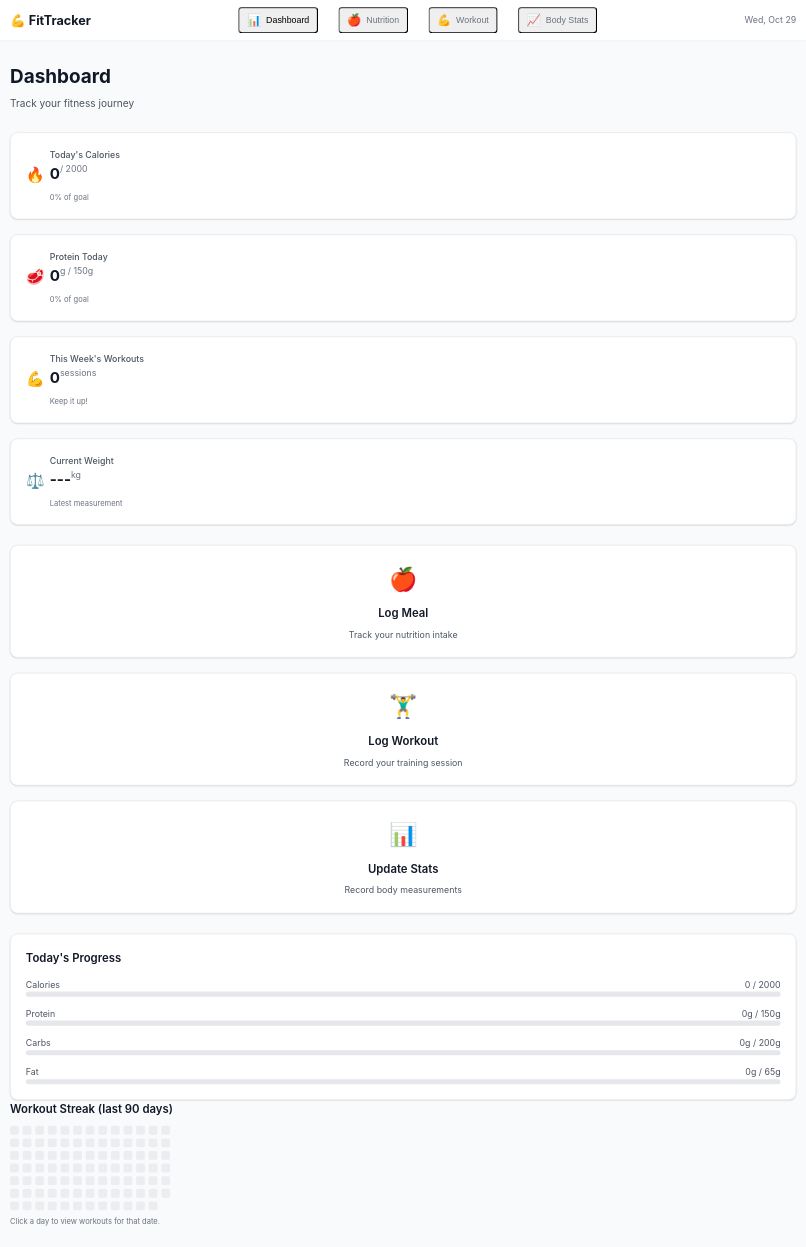
Repository: Apoorv888/Fitness-App
Page: /
These files come from the project's save history. The page is drawn as it stood at one moment and after the next save; the edit follows.
The browser window is 1280 px wide. The pictures show the whole page, at 63% of full size.
The project was rebuilt for these pictures with package versions that can differ from the ones it lists, and the page was loaded fresh each time. Also part of the build but not shown: vite.config.ts, src/components/MealForm.tsx, src/components/MealList.tsx, src/components/GoalsForm.tsx, src/components/NutritionCharts.tsx, src/pages/Nutrition.tsx, src/components/WorkoutForm.tsx, src/components/WorkoutList.tsx and 8 more.

Above is the page before, as saved 2025-10-31 10:04:40.

### index.html
<!doctype html>
<html lang="en">
  <head>
    <meta charset="UTF-8" />
    <link rel="icon" type="image/svg+xml" href="/vite.svg" />
    <meta name="viewport" content="width=device-width, initial-scale=1.0" />
    <title>fitness-app</title>
  </head>
  <body>
    <div id="root"></div>
    <script type="module" src="/src/main.tsx"></script>
  </body>
</html>

### src/main.tsx
import { StrictMode, useEffect } from 'react'
import { createRoot } from 'react-dom/client'
import './index.css'
import App from './App.tsx'
import { useMealStore } from './store/mealStore'
import { useWorkoutStore } from './store/workoutStore'
import { useBodyStatsStore } from './store/bodyStatsStore'
import { useGoalsStore } from './store/goalsStore'

function Boot() {
  const { loadMeals } = useMealStore();
  const { loadWorkouts } = useWorkoutStore();
  const { loadBodyStats } = useBodyStatsStore();
  const { loadGoals } = useGoalsStore();

  useEffect(() => {
    loadMeals();
    loadWorkouts();
    loadBodyStats();
    loadGoals();
  }, []);

  return <App />;
}

createRoot(document.getElementById('root')!).render(
  <StrictMode>
    <Boot />
  </StrictMode>,
)

### src/App.tsx
import React, { useState } from 'react';
import { Navbar } from './components/Navbar';
import { Dashboard } from './pages/Dashboard';
import { Nutrition } from './pages/Nutrition';
import { Workout } from './pages/Workout';
import { BodyStats } from './pages/BodyStats';
import './App.css';

function App() {
  const [activeTab, setActiveTab] = useState('dashboard');

  // Listen for external navigation requests (CustomEvent 'request-nav')
  React.useEffect(() => {
    const handler = (e: any) => {
      const tab = e?.detail?.tab;
      if (tab) setActiveTab(tab);
    };
    window.addEventListener('request-nav', handler as EventListener);
    return () => window.removeEventListener('request-nav', handler as EventListener);
  }, []);

  const renderActiveTab = () => {
    switch (activeTab) {
      case 'dashboard':
        return <Dashboard />;
      case 'nutrition':
        return <Nutrition />;
      case 'workout':
        return <Workout />;
      case 'stats':
        return <BodyStats />;
      default:
        return <Dashboard />;
    }
  };

  return (
    <div className="min-h-screen bg-gray-50">
      <Navbar activeTab={activeTab} onTabChange={setActiveTab} />
      <main>
        {renderActiveTab()}
      </main>
    </div>
  );
}

export default App;

### src/store/mealStore.ts
import { create } from 'zustand';
import { v4 as uuidv4 } from 'uuid';
import type { Meal } from '../types';
import { saveToStorage, loadFromStorage } from '../utils/helpers';
import { STORAGE_KEYS } from '../utils/constants';

interface MealStore {
  meals: Meal[];
  addMeal: (meal: Omit<Meal, 'id' | 'createdAt'>) => void;
  deleteMeal: (id: string) => void;
  updateMeal: (id: string, updates: Partial<Meal>) => void;
  getMealsByDate: (date: string) => Meal[];
  getTodayMacros: () => { calories: number; protein: number; carbs: number; fat: number };
  loadMeals: () => void;
}

export const useMealStore = create<MealStore>((set, get) => ({
  meals: [],

  addMeal: (mealData) => {
    const newMeal: Meal = {
      ...mealData,
      id: uuidv4(),
      createdAt: new Date(),
    };

    const updatedMeals = [...get().meals, newMeal];
    set({ meals: updatedMeals });
    saveToStorage(STORAGE_KEYS.MEALS, updatedMeals);
  },

  deleteMeal: (id) => {
    const updatedMeals = get().meals.filter(meal => meal.id !== id);
    set({ meals: updatedMeals });
    saveToStorage(STORAGE_KEYS.MEALS, updatedMeals);
  },

  updateMeal: (id, updates) => {
    const updatedMeals = get().meals.map(meal =>
      meal.id === id ? { ...meal, ...updates } : meal
    );
    set({ meals: updatedMeals });
    saveToStorage(STORAGE_KEYS.MEALS, updatedMeals);
  },

  getMealsByDate: (date) => {
    return get().meals.filter(meal => meal.date === date);
  },

  getTodayMacros: () => {
    const today = new Date().toISOString().split('T')[0];
    const todayMeals = get().getMealsByDate(today);

    return todayMeals.reduce(
      (totals, meal) => ({
        calories: totals.calories + meal.calories,
        protein: totals.protein + meal.protein,
        carbs: totals.carbs + meal.carbs,
        fat: totals.fat + meal.fat,
      }),
      { calories: 0, protein: 0, carbs: 0, fat: 0 }
    );
  },

  loadMeals: () => {
    const storedMeals = loadFromStorage(STORAGE_KEYS.MEALS);
    if (storedMeals) {
      set({ meals: storedMeals });
    }
  },
}));

### src/store/goalsStore.ts
import { create } from 'zustand';
import type { UserGoals } from '../types';
import { saveToStorage, loadFromStorage } from '../utils/helpers';
import { STORAGE_KEYS } from '../utils/constants';

interface UserGoalsStore {
  goals: UserGoals;
  updateGoals: (updates: Partial<UserGoals>) => void;
  loadGoals: () => void;
}

const defaultGoals: UserGoals = {
  dailyCalories: 2000,
  dailyProtein: 150,
  dailyCarbs: 200,
  dailyFat: 65,
  activityLevel: 1.375, // Lightly active
  goal: 'maintain',
};

export const useGoalsStore = create<UserGoalsStore>((set, get) => ({
  goals: defaultGoals,

  updateGoals: (updates) => {
    const updatedGoals = { ...get().goals, ...updates };
    set({ goals: updatedGoals });
    saveToStorage(STORAGE_KEYS.USER_GOALS, updatedGoals);
  },

  loadGoals: () => {
    const storedGoals = loadFromStorage(STORAGE_KEYS.USER_GOALS);
    if (storedGoals) {
      set({ goals: { ...defaultGoals, ...storedGoals } });
    }
  },
}));

### src/components/Navbar.tsx
import React from 'react';

interface NavbarProps {
  activeTab: string;
  onTabChange: (tab: string) => void;
}

const navItems = [
  { id: 'dashboard', label: 'Dashboard', icon: '📊' },
  { id: 'nutrition', label: 'Nutrition', icon: '🍎' },
  { id: 'workout', label: 'Workout', icon: '💪' },
  { id: 'stats', label: 'Body Stats', icon: '📈' },
];

export const Navbar: React.FC<NavbarProps> = ({ activeTab, onTabChange }) => {
  return (
    <nav className="bg-white shadow-sm border-b border-gray-200">
      <div className="max-w-7xl mx-auto px-4 sm:px-6 lg:px-8">
        <div className="flex justify-between h-16">
          <div className="flex items-center">
            <div className="flex-shrink-0">
              <h1 className="text-xl font-bold text-primary-600">
                💪 FitTracker
              </h1>
            </div>
          </div>

          <div className="flex items-center space-x-8">
            {navItems.map((item) => (
              <button
                key={item.id}
                onClick={() => onTabChange(item.id)}
                className={`flex items-center space-x-2 px-3 py-2 rounded-md text-sm font-medium transition-colors duration-200 ${
                  activeTab === item.id
                    ? 'bg-primary-50 text-primary-700 border-b-2 border-primary-600'
                    : 'text-gray-500 hover:text-gray-700 hover:bg-gray-50'
                }`}
              >
                <span className="text-lg">{item.icon}</span>
                <span>{item.label}</span>
              </button>
            ))}
          </div>

          <div className="flex items-center">
            <div className="text-sm text-gray-500">
              {new Date().toLocaleDateString('en-US', {
                weekday: 'short',
                month: 'short',
                day: 'numeric'
              })}
            </div>
          </div>
        </div>
      </div>
    </nav>
  );
};

### src/pages/Dashboard.tsx
import React, { useEffect } from 'react';
import { StatCard } from '../components/StatCard';
import { useMealStore } from '../store/mealStore';
import { useWorkoutStore } from '../store/workoutStore';
import { useBodyStatsStore } from '../store/bodyStatsStore';
import { useGoalsStore } from '../store/goalsStore';
import { getWeekDays } from '../utils/helpers';
import { WorkoutHeatmap } from '../components/WorkoutHeatmap';

export const Dashboard: React.FC = () => {
  const { getTodayMacros, loadMeals } = useMealStore();
  const { workouts, loadWorkouts } = useWorkoutStore();
  const { getLatestWeight, getWeightTrend, loadBodyStats } = useBodyStatsStore();
  const { goals, loadGoals } = useGoalsStore();

  useEffect(() => {
    loadMeals();
    loadWorkouts();
    loadBodyStats();
    loadGoals();
  }, [loadMeals, loadWorkouts, loadBodyStats, loadGoals]);

  const todayMacros = getTodayMacros();
  const currentWeight = getLatestWeight();
  const weightTrend = getWeightTrend();

  // Calculate this week's workouts
  const today = new Date();
  const weekDays = getWeekDays(today);
  const weekWorkouts = workouts.filter(workout => {
    const workoutDate = new Date(workout.date);
    return workoutDate >= weekDays[0] && workoutDate <= weekDays[6];
  }).length;

  const calorieProgress = Math.round((todayMacros.calories / goals.dailyCalories) * 100);
  const proteinProgress = Math.round((todayMacros.protein / goals.dailyProtein) * 100);

  return (
    <div className="max-w-7xl mx-auto px-4 sm:px-6 lg:px-8 py-8">
      <div className="mb-8">
        <h1 className="text-3xl font-bold text-gray-900">Dashboard</h1>
        <p className="text-gray-600 mt-2">Track your fitness journey</p>
      </div>

      {/* Quick Stats Grid */}
      <div className="grid grid-cols-1 md:grid-cols-2 lg:grid-cols-4 gap-6 mb-8">
        <StatCard
          title="Today's Calories"
          value={todayMacros.calories}
          unit={`/ ${goals.dailyCalories}`}
          icon="🔥"
          subtitle={`${calorieProgress}% of goal`}
          color="orange"
        />

        <StatCard
          title="Protein Today"
          value={todayMacros.protein}
          unit={`g / ${goals.dailyProtein}g`}
          icon="🥩"
          subtitle={`${proteinProgress}% of goal`}
          color="green"
        />

        <StatCard
          title="This Week's Workouts"
          value={weekWorkouts}
          unit="sessions"
          icon="💪"
          subtitle="Keep it up!"
          color="purple"
        />

        <StatCard
          title="Current Weight"
          value={currentWeight || '---'}
          unit="kg"
          icon="⚖️"
          trend={currentWeight ? weightTrend : undefined}
          subtitle="Latest measurement"
          color="blue"
        />
      </div>

      {/* Quick Actions */}
      <div className="grid grid-cols-1 md:grid-cols-3 gap-6 mb-8">
        <div className="card hover:shadow-md transition-shadow cursor-pointer">
          <div className="text-center">
            <div className="text-4xl mb-3">🍎</div>
            <h3 className="text-lg font-semibold text-gray-900 mb-2">Log Meal</h3>
            <p className="text-gray-600 text-sm">Track your nutrition intake</p>
          </div>
        </div>

        <div className="card hover:shadow-md transition-shadow cursor-pointer">
          <div className="text-center">
            <div className="text-4xl mb-3">🏋️‍♂️</div>
            <h3 className="text-lg font-semibold text-gray-900 mb-2">Log Workout</h3>
            <p className="text-gray-600 text-sm">Record your training session</p>
          </div>
        </div>

        <div className="card hover:shadow-md transition-shadow cursor-pointer">
          <div className="text-center">
            <div className="text-4xl mb-3">📊</div>
            <h3 className="text-lg font-semibold text-gray-900 mb-2">Update Stats</h3>
            <p className="text-gray-600 text-sm">Record body measurements</p>
          </div>
        </div>
      </div>

      {/* Progress Summary */}
      <div className="card">
        <h3 className="text-lg font-semibold text-gray-900 mb-4">Today's Progress</h3>

        <div className="space-y-4">
          {/* Calories Progress Bar */}
          <div>
            <div className="flex justify-between text-sm text-gray-600 mb-1">
              <span>Calories</span>
              <span>{todayMacros.calories} / {goals.dailyCalories}</span>
            </div>
            <div className="w-full bg-gray-200 rounded-full h-2">
              <div
                className="bg-orange-500 h-2 rounded-full transition-all duration-300"
                style={{ width: `${Math.min(calorieProgress, 100)}%` }}
              ></div>
            </div>
          </div>

          {/* Protein Progress Bar */}
          <div>
            <div className="flex justify-between text-sm text-gray-600 mb-1">
              <span>Protein</span>
              <span>{todayMacros.protein}g / {goals.dailyProtein}g</span>
            </div>
            <div className="w-full bg-gray-200 rounded-full h-2">
              <div
                className="bg-green-500 h-2 rounded-full transition-all duration-300"
                style={{ width: `${Math.min(proteinProgress, 100)}%` }}
              ></div>
            </div>
          </div>

          {/* Carbs Progress Bar */}
          <div>
            <div className="flex justify-between text-sm text-gray-600 mb-1">
              <span>Carbs</span>
              <span>{todayMacros.carbs}g / {goals.dailyCarbs}g</span>
            </div>
            <div className="w-full bg-gray-200 rounded-full h-2">
              <div
                className="bg-blue-500 h-2 rounded-full transition-all duration-300"
                style={{ width: `${Math.min((todayMacros.carbs / goals.dailyCarbs) * 100, 100)}%` }}
              ></div>
            </div>
          </div>

          {/* Fat Progress Bar */}
          <div>
            <div className="flex justify-between text-sm text-gray-600 mb-1">
              <span>Fat</span>
              <span>{todayMacros.fat}g / {goals.dailyFat}g</span>
            </div>
            <div className="w-full bg-gray-200 rounded-full h-2">
              <div
                className="bg-purple-500 h-2 rounded-full transition-all duration-300"
                style={{ width: `${Math.min((todayMacros.fat / goals.dailyFat) * 100, 100)}%` }}
              ></div>
            </div>
          </div>
        </div>
      </div>

      <div className="mt-6">
        <WorkoutHeatmap days={90} />
      </div>
    </div>
  );
};

### src/utils/helpers.ts
// Date utilities
import { format, startOfWeek, endOfWeek, eachDayOfInterval, isToday } from 'date-fns';

export const formatDate = (date: Date) => format(date, 'yyyy-MM-dd');
export const formatDisplayDate = (date: Date) => format(date, 'MMM dd, yyyy');
export const formatTime = (date: Date) => format(date, 'HH:mm');

export const getWeekDays = (date: Date) => {
  const start = startOfWeek(date, { weekStartsOn: 1 }); // Monday
  const end = endOfWeek(date, { weekStartsOn: 1 });
  return eachDayOfInterval({ start, end });
};

export const isTodayDate = (date: Date) => isToday(date);

// Calculate BMI
export const calculateBMI = (weight: number, height: number) => {
  return (weight / (height * height)) * 10000; // height in cm
};

// Calculate calories needed for goal
export const calculateCalorieGoal = (
  weight: number,
  height: number,
  age: number,
  gender: 'male' | 'female',
  activityLevel: number,
  goal: 'lose' | 'maintain' | 'gain'
) => {
  // Mifflin-St Jeor Equation
  let bmr;
  if (gender === 'male') {
    bmr = 10 * weight + 6.25 * height - 5 * age + 5;
  } else {
    bmr = 10 * weight + 6.25 * height - 5 * age - 161;
  }

  const tdee = bmr * activityLevel;

  switch (goal) {
    case 'lose':
      return Math.round(tdee - 500); // 1 lb per week
    case 'gain':
      return Math.round(tdee + 500); // 1 lb per week
    default:
      return Math.round(tdee);
  }
};

// Format numbers
export const formatNumber = (num: number, decimals: number = 1) => {
  return Number(num.toFixed(decimals));
};

// Local storage helpers
export const saveToStorage = (key: string, data: any) => {
  localStorage.setItem(key, JSON.stringify(data));
};

export const loadFromStorage = (key: string) => {
  const stored = localStorage.getItem(key);
  return stored ? JSON.parse(stored) : null;
};

### src/utils/constants.ts
// App constants
export const STORAGE_KEYS = {
  MEALS: 'fitness-app-meals',
  WORKOUTS: 'fitness-app-workouts',
  BODY_STATS: 'fitness-app-body-stats',
  USER_GOALS: 'fitness-app-user-goals',
} as const;

export const ACTIVITY_LEVELS = {
  SEDENTARY: 1.2,
  LIGHTLY_ACTIVE: 1.375,
  MODERATELY_ACTIVE: 1.55,
  VERY_ACTIVE: 1.725,
  EXTREMELY_ACTIVE: 1.9,
} as const;

export const WORKOUT_TYPES = [
  'Push',
  'Pull',
  'Legs',
  'Upper',
  'Lower',
  'Full Body',
  'Cardio',
  'Rest',
] as const;

export const MEAL_TYPES = [
  'Breakfast',
  'Lunch',
  'Dinner',
  'Snack',
] as const;

export const DEFAULT_MACRO_RATIOS = {
  protein: 0.3,
  carbs: 0.4,
  fat: 0.3,
} as const;

export const BODY_MEASUREMENT_TYPES = [
  'weight',
  'bodyFat',
  'muscle',
  'waist',
  'chest',
  'arms',
  'thighs',
] as const;

export type WorkoutType = typeof WORKOUT_TYPES[number];
export type MealType = typeof MEAL_TYPES[number];
export type BodyMeasurementType = typeof BODY_MEASUREMENT_TYPES[number];

### src/components/StatCard.tsx
import React from 'react';

interface StatCardProps {
  title: string;
  value: string | number;
  unit?: string;
  icon: string;
  trend?: 'up' | 'down' | 'stable';
  subtitle?: string;
  color?: 'blue' | 'green' | 'orange' | 'purple';
}

export const StatCard: React.FC<StatCardProps> = ({
  title,
  value,
  unit,
  icon,
  trend,
  subtitle,
  color = 'blue'
}) => {
  const trendIcons = {
    up: '↗️',
    down: '↘️',
    stable: '➡️',
  };

  return (
    <div className="card hover:shadow-md transition-shadow">
      <div className="flex items-center justify-between">
        <div className="flex items-center space-x-2">
          <div className="text-2xl">{icon}</div>
          <div>
            <h3 className="text-sm font-medium text-gray-600">{title}</h3>
            <div className="flex items-baseline space-x-1">
              <span className="text-2xl font-bold text-gray-900">{value}</span>
              {unit && <span className="text-sm text-gray-500">{unit}</span>}
            </div>
            {subtitle && (
              <p className="text-xs text-gray-500 mt-2">{subtitle}</p>
            )}
          </div>
        </div>

        {trend && (
          <div className="text-lg">
            {trendIcons[trend]}
          </div>
        )}
      </div>
    </div>
  );
};

### src/components/ExportImport.tsx
import React, { useRef } from 'react';
import { STORAGE_KEYS } from '../utils/constants';

const KEYS = [STORAGE_KEYS.MEALS, STORAGE_KEYS.WORKOUTS, STORAGE_KEYS.BODY_STATS, STORAGE_KEYS.USER_GOALS];

export const ExportImport: React.FC = () => {
  const fileRef = useRef<HTMLInputElement | null>(null);

  const exportAll = () => {
    const out: any = {};
    for (const k of KEYS) {
      const v = localStorage.getItem(k);
      out[k] = v ? JSON.parse(v) : null;
    }
    const blob = new Blob([JSON.stringify(out, null, 2)], { type: 'application/json' });
    const url = URL.createObjectURL(blob);
    const a = document.createElement('a');
    a.href = url;
    a.download = `fittracker-backup-${new Date().toISOString().slice(0,10)}.json`;
    a.click();
    URL.revokeObjectURL(url);
  };

  const importFile = () => {
    const f = fileRef.current?.files?.[0];
    if (!f) return alert('Select a JSON file to import');
    const reader = new FileReader();
    reader.onload = () => {
      try {
        const parsed = JSON.parse(reader.result as string);
        for (const k of KEYS) {
          if (parsed[k] !== undefined && parsed[k] !== null) {
            localStorage.setItem(k, JSON.stringify(parsed[k]));
          }
        }
        alert('Import complete. Reloading page to apply data.');
        window.location.reload();
      } catch (e) {
        alert('Invalid JSON file');
      }
    };
    reader.readAsText(f);
  };

  return (
    <div className="card">
      <h3 className="text-lg font-semibold mb-3">Export / Import</h3>
      <div className="flex items-center space-x-3">
        <button onClick={exportAll} className="btn-primary">Export JSON</button>
        <input ref={fileRef} type="file" accept="application/json" />
        <button onClick={importFile} className="btn-secondary">Import JSON</button>
      </div>
      <p className="text-sm text-gray-500 mt-2">Use export to backup your data. Import will overwrite local data for stored keys.</p>
    </div>
  );
};

Loaded but not shown: src/index.css (259 lines, source omitted); src/components/WorkoutHeatmap.tsx (96 lines, source omitted); src/store/bodyStatsStore.ts (75 lines, source omitted); src/store/workoutStore.ts (67 lines, source omitted)

After the next save:
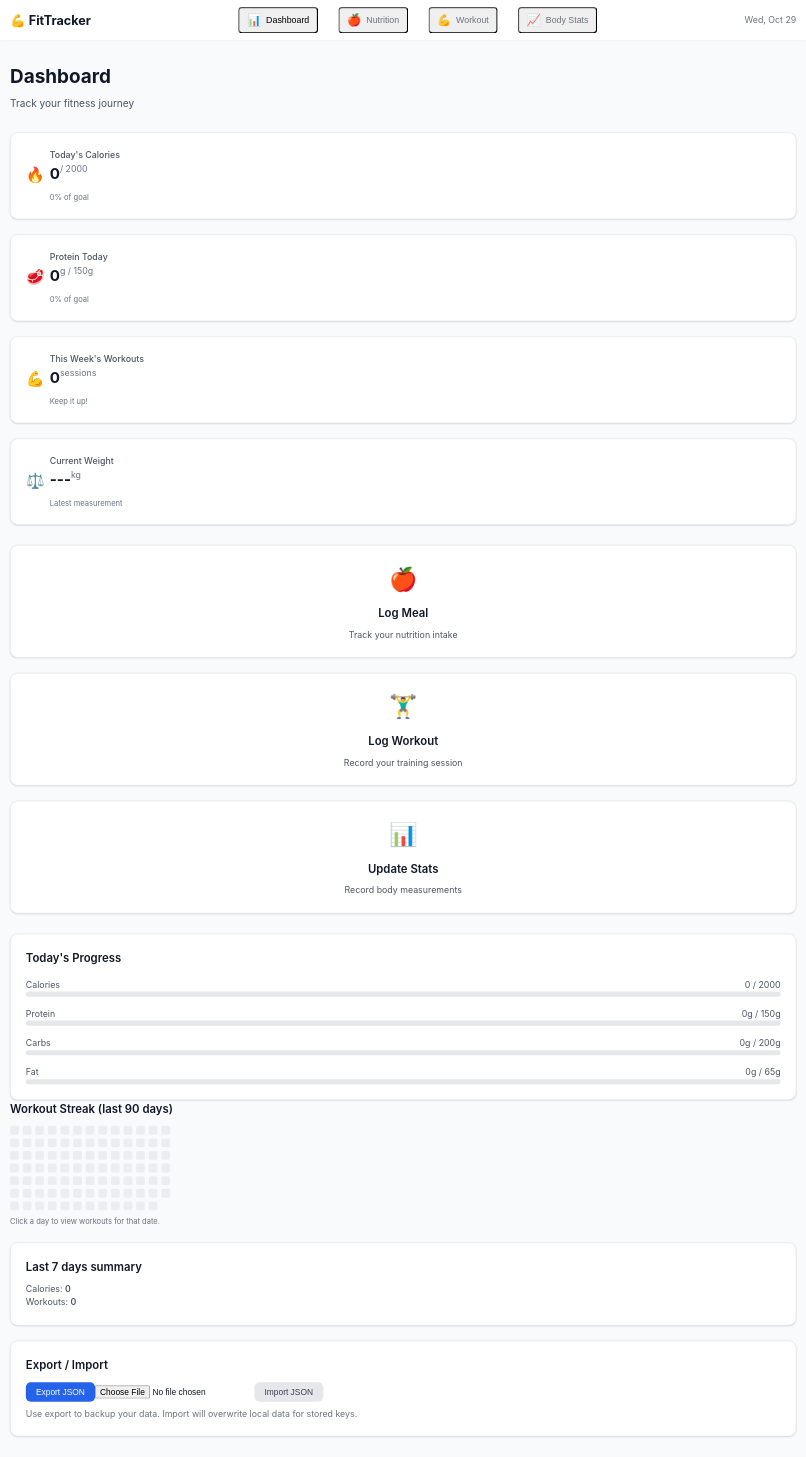
Saved 14 s later.
--- a/src/pages/Dashboard.tsx
+++ b/src/pages/Dashboard.tsx
@@ -6,6 +6,8 @@ import { useBodyStatsStore } from '../store/bodyStatsStore';
 import { useGoalsStore } from '../store/goalsStore';
 import { getWeekDays } from '../utils/helpers';
 import { WorkoutHeatmap } from '../components/WorkoutHeatmap';
+import { ExportImport } from '../components/ExportImport';
+import { useMealStore } from '../store/mealStore';
 
 export const Dashboard: React.FC = () => {
   const { getTodayMacros, loadMeals } = useMealStore();
@@ -32,6 +34,13 @@ export const Dashboard: React.FC = () => {
     return workoutDate >= weekDays[0] && workoutDate <= weekDays[6];
   }).length;
 
+  // Weekly aggregates (last 7 days)
+  const mealsForWeek = useMealStore.getState().meals.filter(m => {
+    const d = new Date(m.date);
+    return d >= weekDays[0] && d <= weekDays[6];
+  });
+  const weekCalories = mealsForWeek.reduce((s, m) => s + (m.calories || 0), 0);
+
   const calorieProgress = Math.round((todayMacros.calories / goals.dailyCalories) * 100);
   const proteinProgress = Math.round((todayMacros.protein / goals.dailyProtein) * 100);
 
@@ -172,8 +181,20 @@ export const Dashboard: React.FC = () => {
         </div>
       </div>
 
-      <div className="mt-6">
-        <WorkoutHeatmap days={90} />
+      <div className="mt-6 grid grid-cols-1 lg:grid-cols-3 gap-6">
+        <div className="lg:col-span-2">
+          <WorkoutHeatmap days={90} />
+        </div>
+
+        <div className="space-y-6">
+          <div className="card">
+            <h3 className="text-lg font-semibold mb-2">Last 7 days summary</h3>
+            <div className="text-sm text-gray-600">Calories: <span className="font-semibold">{weekCalories}</span></div>
+            <div className="text-sm text-gray-600">Workouts: <span className="font-semibold">{weekWorkouts}</span></div>
+          </div>
+
+          <ExportImport />
+        </div>
       </div>
     </div>
   );
